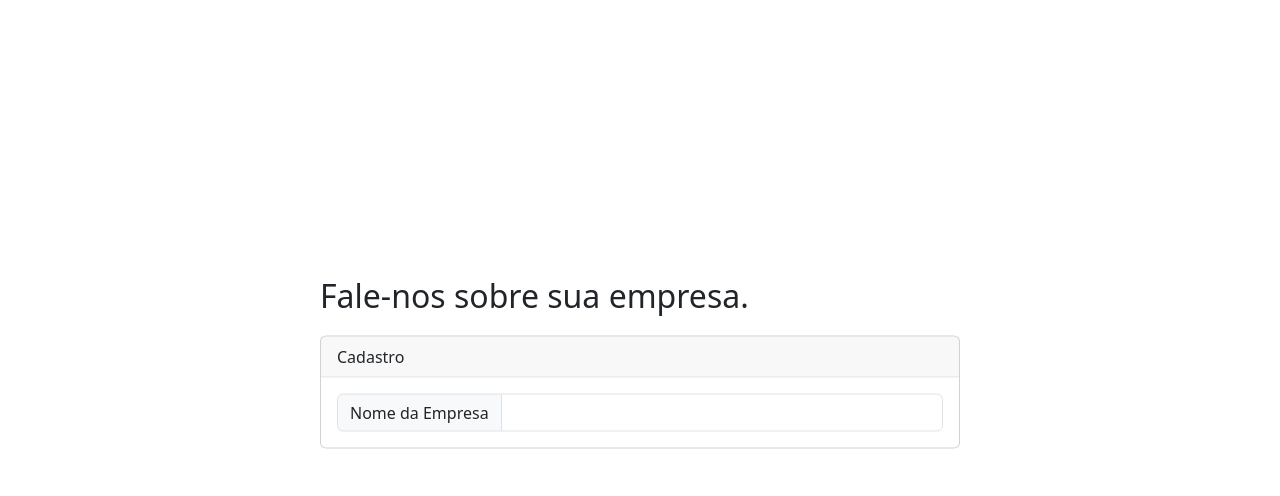
Repository: vandrecx/utilitaries
Page: http://localhost/login_archive/cadastro.php
An editor plug-in stored every save of this project. The page is shown before and after the next save, followed by the edit.
The browser window is 1280 px wide. The pictures show the whole page.
The page is run by PHP 8.4 with error messages shown; the project is at /var/www/html/.

Above is the page before, as saved 2024-05-03 12:44:21.

### login_archive/cadastro.php
<?php

require_once 'Conn.php';
include 'funcoes.php';

?>

<!DOCTYPE html>
<html lang="en">
<head>
    <meta charset="UTF-8">
    <meta name="viewport" content="width=device-width, initial-scale=1.0">
    <link href="https://cdn.jsdelivr.net/npm/bootstrap@5.3.3/dist/css/bootstrap.min.css" rel="stylesheet" integrity="sha384-QWTKZyjpPEjISv5WaRU9OFeRpok6YctnYmDr5pNlyT2bRjXh0JMhjY6hW+ALEwIH" crossorigin="anonymous">
    <title>Página de Cadastro</title>
</head>
<body>
    <div style="width: 50%; justify-content: center; position: absolute; top: 50%; left: 50%; transform: translate(-50%, -50%);">
        <p class="fs-2">Fale-nos sobre sua empresa.</p>
        <div class="card">
            <div class="card-header">
                Cadastro
            </div>
            <div class="card-body">
                <form method="POST" action="UserSignUp.php">
                    <div class="input-group">
                        <span class="input-group-text">Nome da Empresa</span>
                        <input type="text" aria-label="First name" class="form-control" name="nome-empresa">

                    </div>
                </form>
            </div>
        </div>
    </div>

</body>
</html>

### login_archive/Conn.php
<?php

//PDO (PHP DATA OBJECTS)

$pdo = new PDO("mysql:host=localhost; dbname=sistema; charset=UTF8", "root", ""); // REALIZA CONEXÃO COM PDO
$pdo->setAttribute(PDO::ATTR_ERRMODE, PDO::ERRMODE_EXCEPTION); // EXCEPTIONS

?>

### login_archive/funcoes.php
<?php

require_once 'Conn.php';

// FUNÇÃO RESPONSÁVEL POR SANITIZAR OS DADOS PASSADOS POR POST
function sanitizeData($input_name, $type){
    switch ($type){

        case 'text':
            return filter_input(INPUT_POST, $input_name, FILTER_SANITIZE_SPECIAL_CHARS);
            break;

        case 'email':
            $email = filter_input(INPUT_POST, $input_name, FILTER_SANITIZE_EMAIL);
            //VALIDAR EMAIL AQUI NO MEIO
            return $email;
            break;

        case 'url':
            return filter_input(INPUT_POST, $input_name, FILTER_SANITIZE_URL);
            break;

        case 'int':
            return filter_input(INPUT_POST, $input_name, FILTER_SANITIZE_NUMBER_INT);
            break;

        case 'float':
            return filter_input(INPUT_POST, $input_name, FILTER_SANITIZE_NUMBER_FLOAT);
            break;

        default:
            return $input_name;
    }
}

// GERA SENHA ALEATÓRIA DE 6 CARACTERES
function generatePassword(){
    $chars = 'abcdefghijklmnopqrstuvwxyzABCDEFGHIJKLMNOPQRSTUVWXYZ0123456789!@#$%^&*()-_=+';
    return substr(str_shuffle($chars), 0, 5) . substr(str_shuffle('ABCDEFGHIJKLMNOPQRSTUVWXYZ!@#$%^&*()-_=+'), 0, 1);
}

// ATUALIZA SENHA (usada em ForgotPassword.php)
function updatePass($newpass, $email, $pdo){

    try{

        $update = $pdo->prepare("UPDATE entidade SET s_password_entidade = :new_pass WHERE s_enterpriseemail_entidade = :s_enterpriseemail_entidade");
        $update->bindParam(':new_pass', $newpass);
        $update->bindParam(':s_enterpriseemail_entidade', $email);
        $update->execute();

    } catch(PDOException $err) {

        echo 'Erro na atualização: ' . $err;

    }

}

//ESCONDE EMAIL DE RECUPERAÇÃO PASSADO POR SESSION
function hideEmail(){

    session_start();

    $email = $_SESSION['pass_repair'];
    $encript_email = substr($email, 0, 5);
    $result_email = $encript_email . str_repeat("*", strlen($email) - 5);

    session_destroy();

    return $result_email;
}

?>

After the next save:
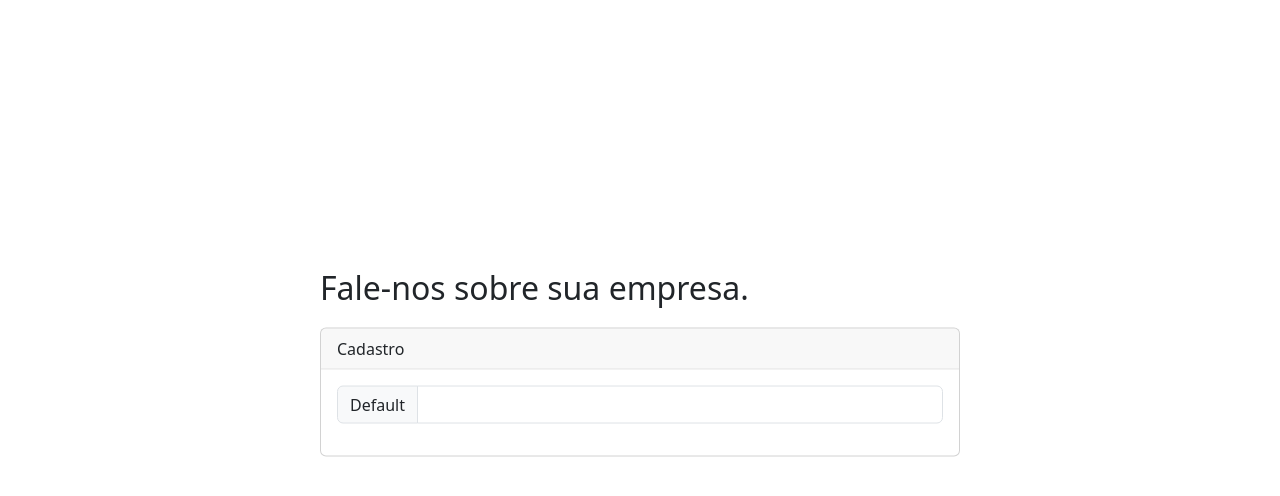
Saved 69 s later.
--- a/login_archive/cadastro.php
+++ b/login_archive/cadastro.php
@@ -22,10 +22,9 @@ include 'funcoes.php';
             </div>
             <div class="card-body">
                 <form method="POST" action="UserSignUp.php">
-                    <div class="input-group">
-                        <span class="input-group-text">Nome da Empresa</span>
-                        <input type="text" aria-label="First name" class="form-control" name="nome-empresa">
-
+                    <div class="input-group mb-3">
+                        <span class="input-group-text" id="inputGroup-sizing-default">Default</span>
+                        <input type="text" class="form-control" aria-label="Sizing example input" aria-describedby="inputGroup-sizing-default">
                     </div>
                 </form>
             </div>
